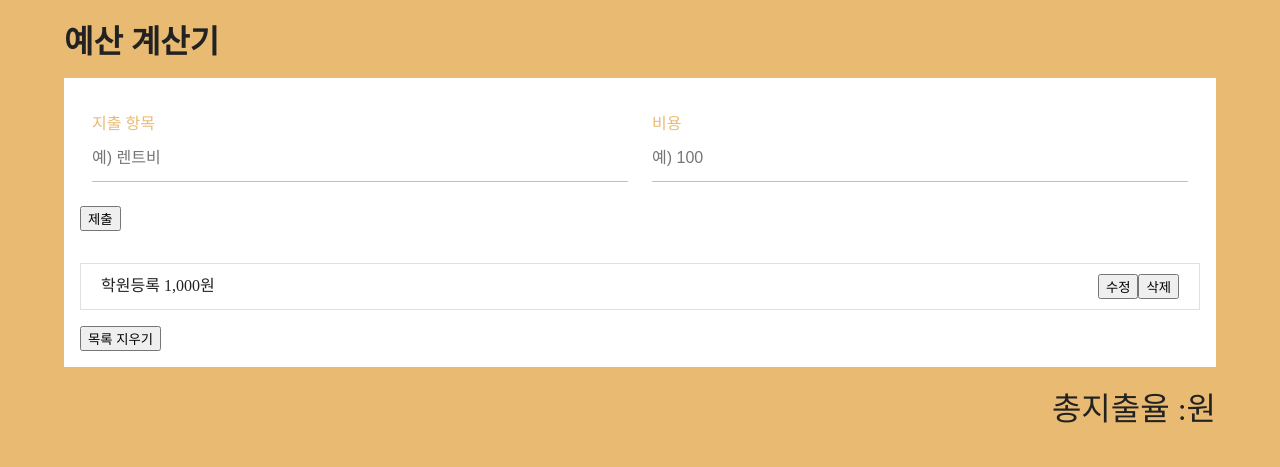
Repository: jongheonleee/budget_calculator
Page: /
The author's editor kept a copy of each file at every save. The page is drawn from the files as they stood at one save, then again after the next save.
The browser window is 1280 px wide. The pictures show the whole page.
The project was rebuilt for these pictures with package versions that can differ from the ones it lists, and the page was loaded fresh each time.

Above is the page before, as saved 2025-02-08 12:44:09.

### src/index.css
:root {
  --primaryColor : #90A959;
  --secondColor : #e9bb72;
  --mainWhite : #fff;
  --mainBlack : #222;
  --mainRed : #C45151;
  --mainGreen : #4CAF50;
}

* {
  margin: 0;
  box-sizing: border-box;
}

body {
  background: var(--secondColor);
  color: var(--mainBlack);
}

h1 {
  margin: 1rem 0;
}

### src/App.js
import { Component } from "react";
import "./App.css";
import ExpenseForm from "./components/ExpenseForm";
import ExpenseList from "./components/ExpenseList";

class App extends Component {

  render() {
    return (
      <main className="main-container">
        <h1>예산 계산기</h1>

        {/* 작성 영역 */}
        <div style={{ width:'100%', backgroundColor : 'white', padding: '1rem'}}>
          <ExpenseForm />
        </div>

        {/* 리스트 영역 */}
        <div style={{ width:'100%', backgroundColor : 'white', padding: '1rem'}}>
          <ExpenseList />
        </div>

        <div style={{ display : 'flex', justifyContent: 'end', marginTop: '1rem'}}>
          <p style={{ fontSize : '2rem'}}>
            총지출율 :
            <span>원</span>
          </p>
        </div>
      </main>
    )
  }
}

export default App;

### src/components/ExpenseForm.js
import React, { Component } from 'react'
import './ExpenseForm.css';

export class ExpenseForm extends Component {

    render() {
        return (
        <form>
            <div>
                <div className='form-center'>
                    <div className='form-group'>
                        <label htmlFor='charge'> 지출 항목 </label>
                        <input
                            type='text'
                            className='form-control'
                            id='charge'
                            name='charge'
                            placeholder='예) 렌트비'
                        />
                    </div>
                    <div className='form-group'>
                        <label htmlFor='amount'> 비용 </label>
                        <input
                            type='number'
                            className='form-control'
                            id='amount'
                            name='amount'
                            placeholder='예) 100'
                        />

                    </div>
                </div>
            </div>

            <button tpye='submit' className='btn'>
                제출
            </button>
        </form>
    )
  }
}

export default ExpenseForm

### src/components/ExpenseList.js
import React, { Component } from 'react'
import './ExpenseList.css'
import ExpenseItem from './ExpenseItem'

export class ExpenseList extends Component {
  render() {
    return (
      <>
        <ul className='list'>
            {/* Expense Item */}
            <ExpenseItem />
        </ul>
        <button className='btn'>
            목록 지우기
        </button>
      </>
    )
  }
}

export default ExpenseList

### src/components/ExpenseForm.css
.form-center {
    display: flex;
}

.form-group {
    padding : 1rem 0.75rem;
    flex : 1;
}

label {
    display: block;
    color : var(--secondColor);
    font-size : 1rem;
    text-transform: capitalize;
}

.form-control {
    background-color: transparent;
    border: none;
    border-bottom: 1px solid var(--secondColor);
    outline: none;
    height: 3rem;
    width: 100%;
    font-size : 16px;
    margin: 0 0 8px 0;
    padding : 0;
}

### src/components/ExpenseList.css
.list {
    list-style-type: none;
    border : none;
    padding: 0;
}

### src/components/ExpenseItem.js
import React, { Component } from 'react'
import './ExpenseItem.css'

export class ExpenseItem extends Component {
  render() {
    return (
      <li className='item'>
        <div className='info'>
          <span className='expense'>학원등록</span>
          <span className='amount'> 1,000원 </span>
        </div>

        <div>
          <button className='edit-btn'>수정</button>
          <button classBame='clear-btn'>삭제</button>
        </div>
      </li>
    )
  }
}

export default ExpenseItem

### src/components/ExpenseItem.css
.item {
    background-color: var(--mainWhite);
    line-height: 1.5rem;
    padding: 10px 20px;
    margin-bottom: 1rem;
    border : 1px solid #e0e0e0;
    display: flex;
    justify-content: space-between;
    transition:all 0.3s linear;
}

Loaded but not shown: public/index.html (common file); src/index.js (common file); src/reportWebVitals.js (common file); src/App.css (common file)

After the next save:
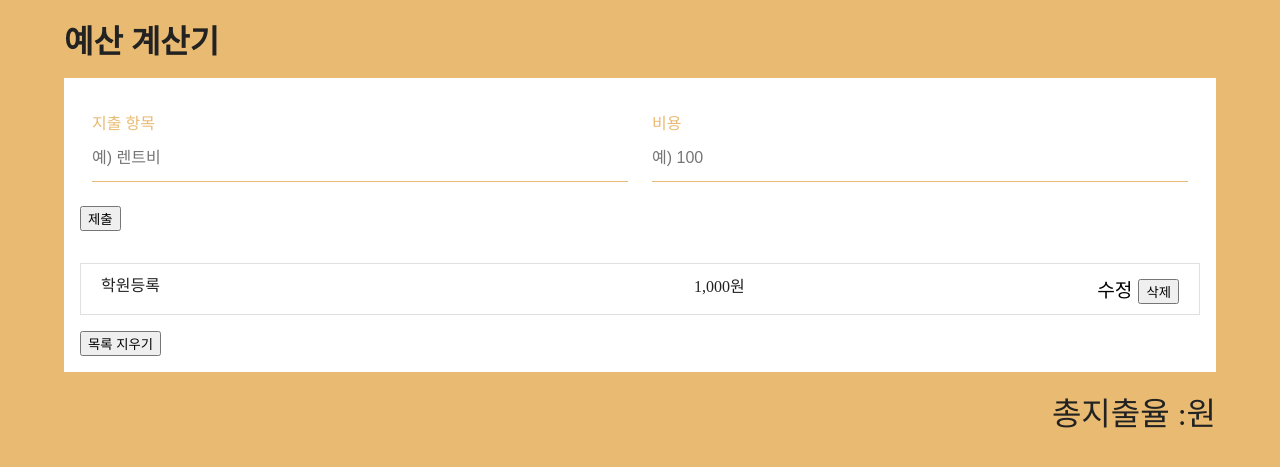
Saved 2 min 8 s later.
--- a/src/components/ExpenseItem.css
+++ b/src/components/ExpenseItem.css
@@ -8,3 +8,32 @@
     justify-content: space-between;
     transition:all 0.3s linear;
 }
+
+.item:hover {
+    width: 100%;
+    transform: scale(1.02);
+}
+
+.info {
+    flex : 0 0 60%;
+    display: flex;
+    justify-content: space-between;
+}
+
+.expense {
+    margin-right: 2rem;
+}
+
+.amount {
+    font-weight: 300;
+    font-size : 1rem;
+    padding : 1px 3px;
+}
+
+.clear-btn, .edit-btn {
+    background: none;
+    border: none;
+    font-size : 1.2rem;
+    outline: none;
+    cursor: pointer;
+}
